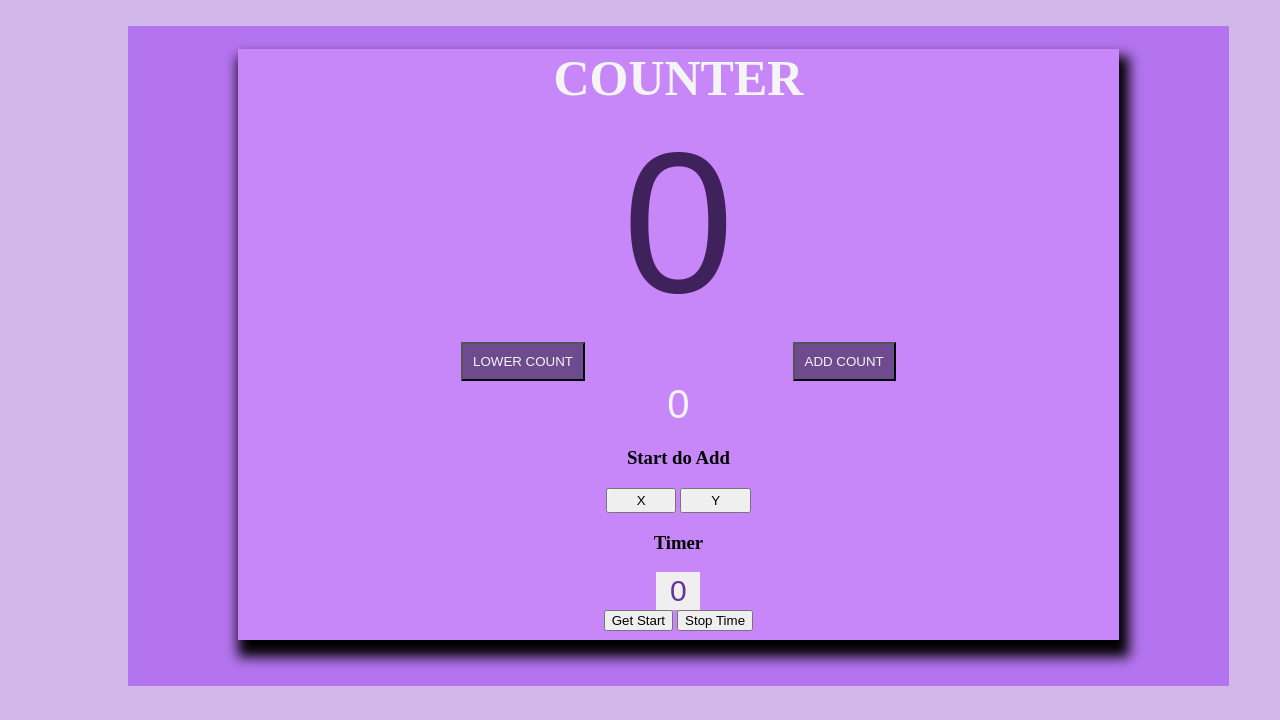
Repository: AnahitKhechumyan/Counter
Page: index.html
The author's editor kept a copy of each file at every save. The page is drawn from the files as they stood at one save, then again after the next save.
The browser window is 1280 px wide. The pictures show the whole page.

Above is the page before, as saved 2022-02-14 22:43:24.

### index.html
<!DOCTYPE html>
<html lang="en">
<head>
    <meta charset="UTF-8">
    <meta http-equiv="X-UA-Compatible" content="IE=edge">
    <meta name="viewport" content="width=device-width, initial-scale=1.0">
    <link rel="stylesheet" href="style.css">
    <title>Counter</title>
</head>
<body>
    <div class="container">
       <div class="main">
            <div class="header">COUNTER</div>
            <button class= "counter">0</button>
            <div class = "change">
                 <button class ="decrement" type="button">LOWER COUNT</button>
                 <button class ="increment" type="button">ADD COUNT</button>
            </div>
            <button class= "sum">0</button>
            <h3>Start do Add</h3>
            <div >
                <button class ="firstInput">X</button>
                <button class ="secondInput">Y</button>
           </div>
           <h3>Timer</h3>
           <button class= "timer">0</button>
            <div>
                <button class ="getTime">Get Start</button>
                <button class ="stopTime">Stop Time</button>
           </div>
        </div>
    </div>
    <script src= "script.js"></script>
</body>
</html>

### style.css
body{
    margin: 0;
    background-color: rgb(210, 183, 235);
}
.container{
    background-color: rgb(180, 116, 240);
    width: 86%;
    height: 90vh;
    margin: 2% 10%;
    padding-top: 1%;

}
.main{
    background-color: rgb(199, 135, 248);
    width: 80%;
    height: 82vh;
    margin: 1% 10%;
    box-shadow: 5px 12px 12px 5px;
    text-align: center;
}
.header{
    text-align: center;
    color:whitesmoke;
    font-size: 50px;
    font-weight: 700;
}

.counter{
    border:none;
    font-size:200px;
    color:rgb(63, 33, 92);
    background-color:rgb(199, 135, 248) ;

}
 .change{
     background-color:  rgb(199, 135, 248);
     font-size: 30px;
 }
.decrement{
    padding:10px;
    margin-right: 100px;
   background-color: rgb(110, 74, 143);
   color:whitesmoke;
}
.decrement:hover{
    background-color:whitesmoke;
    color:rgb(110, 74, 143);
    cursor:pointer;
}
.increment{
    padding:10px;
    margin-left: 100px;
    background-color: rgb(110, 74, 143);
    color:whitesmoke;
}
.increment:hover{
    background-color:whitesmoke;
    color:rgb(110, 74, 143);
    cursor:pointer;
}
.sum{
    border:none;
    background-color: rgb(199, 135, 248);
    color:whitesmoke;
    font-size: 40px;
}
.firstInput, .secondInput{
    width: 8%;
    padding:3px;
}
.timer{
    padding:2px 3px;
    font-size: 30px;
   width: 5%;
   border:none;
   color:rebeccapurple;
}

### script.js
let counterElem = document.querySelector('.counter');
let addCount = document.querySelector('.increment');
let lowerCount =document.querySelector('.decrement');

    let count = 0;
    updateDisplay();

 addCount.addEventListener("click",()=>{
    count++;
    counterElem.innerHTML = count;
});
lowerCount.addEventListener("click",()=>{
    count--;
    counterElem.innerHTML = count;
});

updateDisplay();
function updateDisplay(){
    counterElem.innerHTML = count;
};

After the next save:
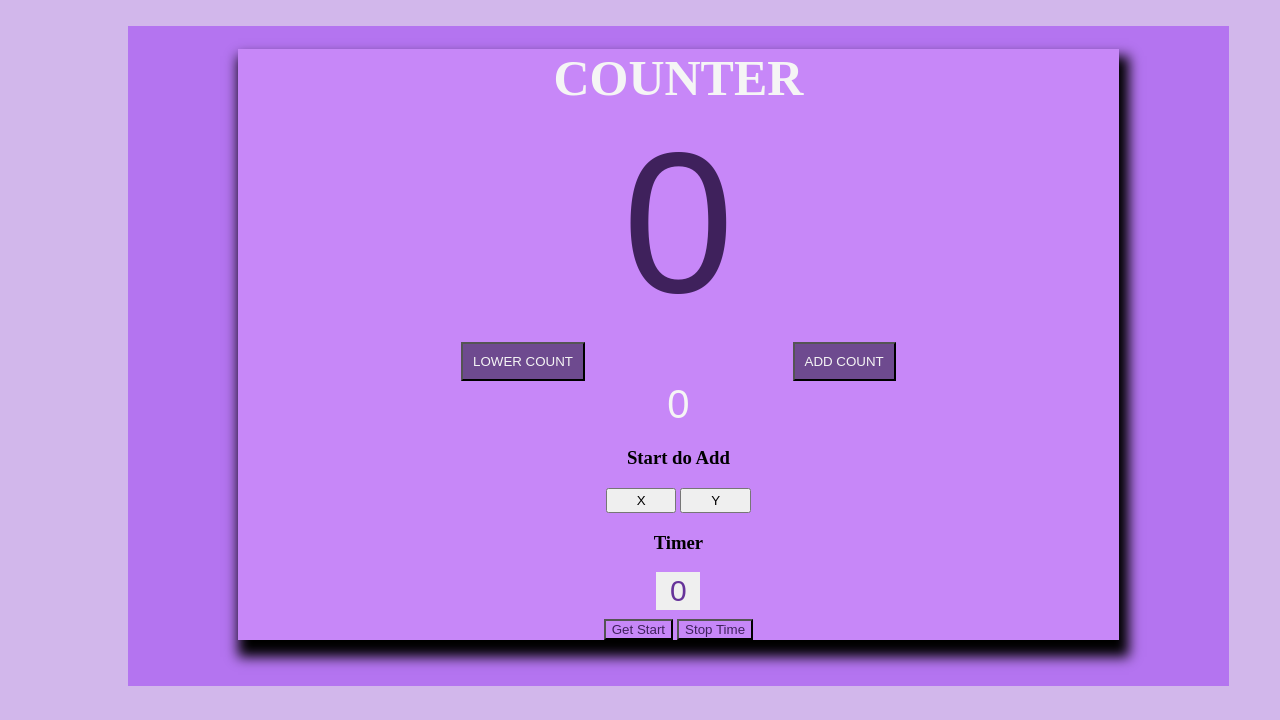
Saved 117 s later.
--- a/style.css
+++ b/style.css
@@ -75,3 +75,9 @@ body{
    border:none;
    color:rebeccapurple;
 }
+
+.getTime, .stopTime{
+    margin-top:1%;
+    background-color:rgb(199, 135, 248);
+    color:rgb(63, 33, 92)
+}
